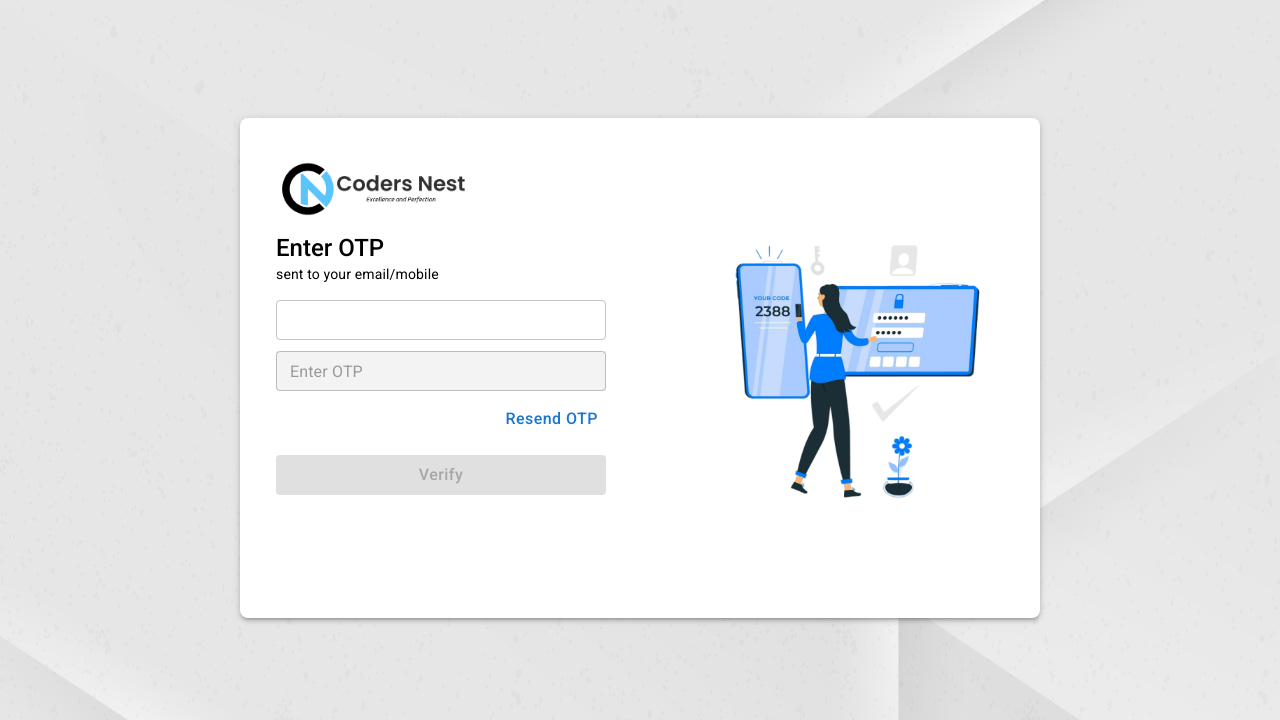
Repository: wajahadalishaik04/CN_Books
Page: /otpscreen
The author's editor kept a copy of each file at every save. The page is drawn from the files as they stood at one save, then again after the next save.
The browser window is 1280 px wide. The pictures show the whole page.
The project was rebuilt for these pictures with package versions that can differ from the ones it lists, and the page was loaded fresh each time. Also part of the build but not shown: vite.config.js, src/pages/LoginScreen.jsx, src/pages/Signin.jsx, src/pages/SignUp.jsx, src/pages/VerifyScreen.jsx, src/components/Header.jsx, src/components/SideBar.jsx, src/components/Content.jsx and 7 more.

Above is the page before, as saved 2024-09-30 14:37:49.

After the next save:
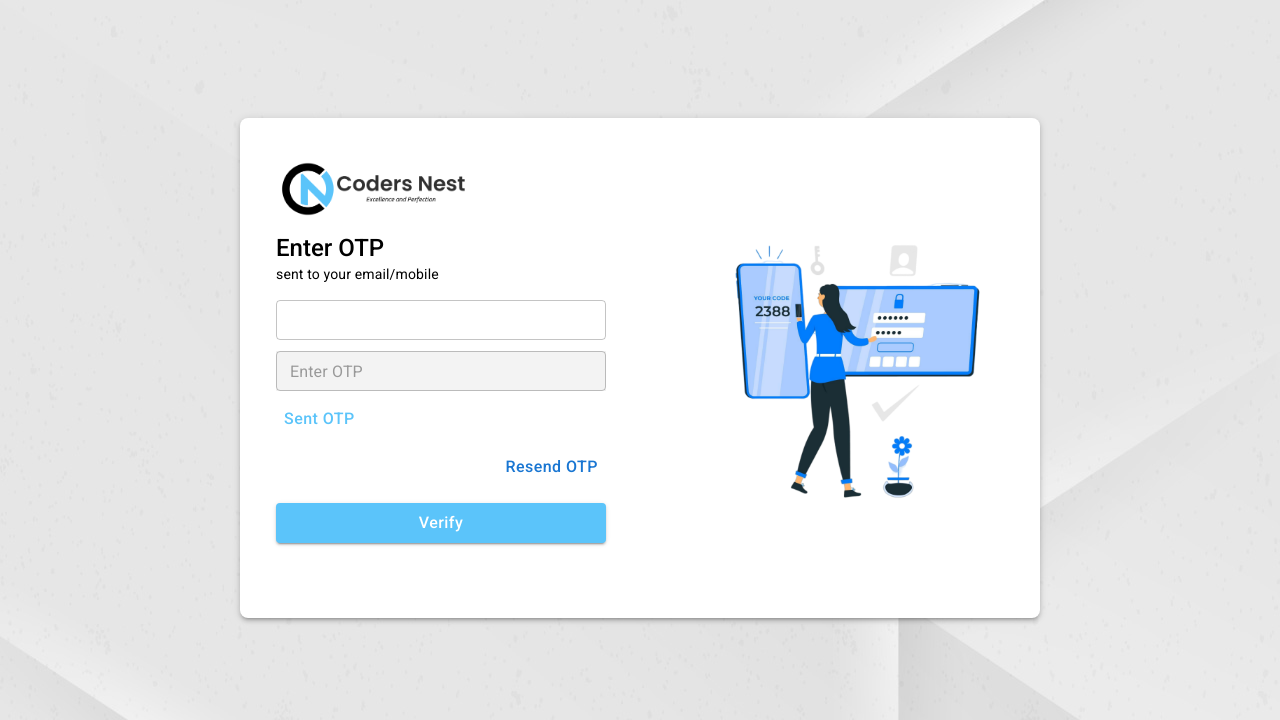
Saved 11 min 6 s later.
--- a/src/pages/OtpScreen.jsx
+++ b/src/pages/OtpScreen.jsx
@@ -75,15 +75,14 @@ const OtpScreen = () => {
 
   // Handle OTP submission and verification
   const handleSubmit = () => {
-    if (otp === sentOtp) {
+    if (!otp) {
+      setError("Please enter the OTP.");
+    } else if (otp === sentOtp) {
       navigate("/dashboardscreen"); // Navigate to the next screen
     } else {
       setError("Invalid OTP. Please try again.");
     }
   };
-
-  // Check if the OTP input is filled (6 characters long)
-  const isOtpFilled = otp.length === 6;
 
   return (
     <Box
@@ -131,7 +130,10 @@ const OtpScreen = () => {
               placeholder="Enter OTP"
               fullWidth
               value={otp}
-              onChange={(e) => setOtp(e.target.value)}
+              onChange={(e) => {
+                setOtp(e.target.value);
+                setError(""); // Clear error when user types
+              }}
               sx={{
                 fontWeight: "500",
                 backgroundColor: "#F3F3F3",
@@ -148,6 +150,21 @@ const OtpScreen = () => {
             />
             {error && <Typography color="red">{error}</Typography>}
 
+            {/* Sent OTP Button */}
+            <Box sx={{ display: "flex", justifyContent: "flex-start", mt: 1 }}>
+              <Button
+                variant="text"
+                onClick={sendOtp}
+                sx={{
+                  textTransform: "none",
+                  fontSize: "1rem",
+                  color: "#5BC4FA",
+                }}
+              >
+                Sent OTP
+              </Button>
+            </Box>
+
             {/* Resend OTP button with timer */}
             <Box sx={{ display: "flex", justifyContent: "flex-end", mt: 1 }}>
               <ResendOtp onClick={handleResendOtp} disabled={resendDisabled}>
@@ -155,18 +172,17 @@ const OtpScreen = () => {
               </ResendOtp>
             </Box>
 
-            {/* Verify Button, enabled only when OTP is filled */}
+            {/* Verify Button */}
             <Button
               onClick={handleSubmit}
               variant="contained"
               fullWidth
               sx={{
-                backgroundColor: isOtpFilled ? "#5BC4FA" : "#E0E0E0",
+                backgroundColor: "#5BC4FA",
                 mt: 2,
                 textTransform: "none",
                 fontSize: "1rem",
               }}
-              disabled={!isOtpFilled} // Disable button until OTP is filled
             >
               Verify
             </Button>
